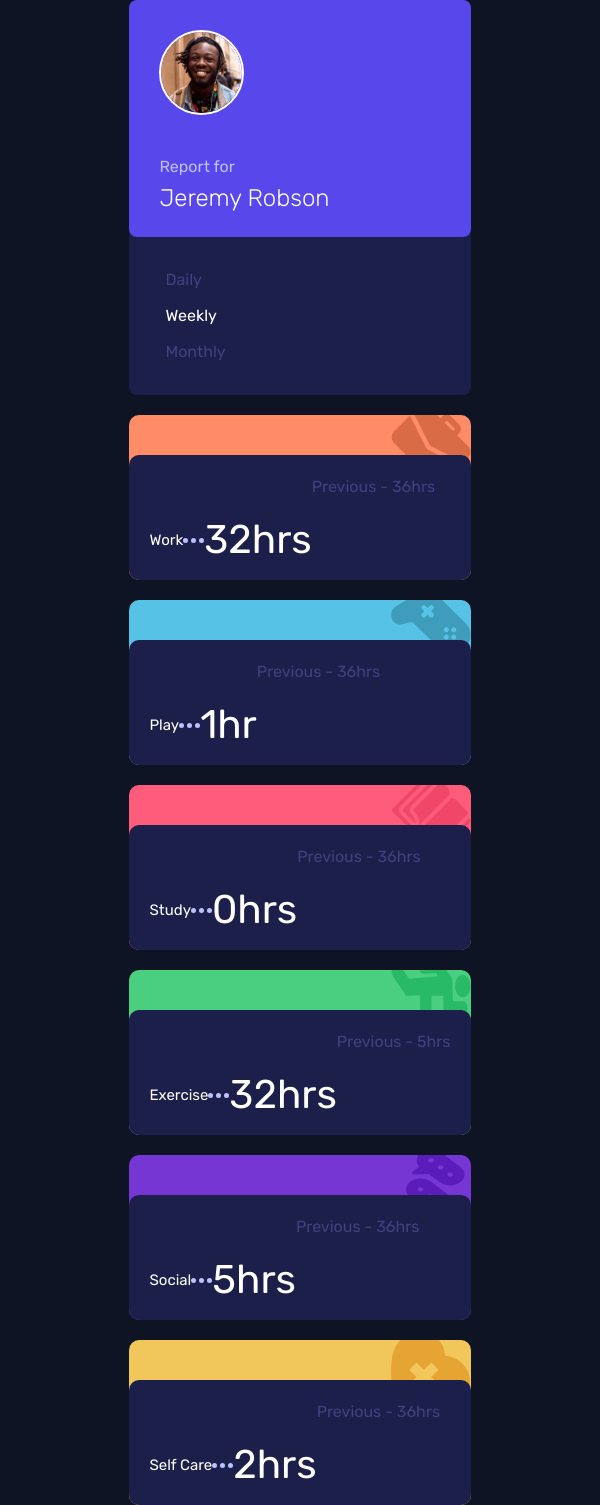
Repository: Akashiii1/WebTimeTracking_Day6
Page: index.html
An editor plug-in stored every save of this project. The page is shown before and after the next save, followed by the edit.
The browser window is 600 px wide. The pictures show the whole page.

Above is the page before, as saved 2021-12-27 00:40:38.

### index.html
<!DOCTYPE html>
<html lang="en">
  <head>
    <meta charset="UTF-8" />
    <meta name="viewport" content="width=device-width, initial-scale=1.0" />
    <!-- displays site properly based on user's device -->

    <link
      rel="icon"
      type="image/png"
      sizes="32x32"
      href="./images/favicon-32x32.png"
    />

    <title>Frontend Mentor | Time tracking dashboard</title>

    <!-- Feel free to remove these styles or customise in your own stylesheet 👍 -->
    <link rel="stylesheet" href="style.css" />
    <style>
      .attribution {
        font-size: 11px;
        text-align: center;
      }

      .attribution a {
        color: hsl(228, 45%, 44%);
      }
    </style>
  </head>

  <body>
    <div class="container">
      <div class="first">
        <div class="user">
          <div class="user-img">
            <img src="images/image-jeremy.png" alt="" />
          </div>
          <div class="user-content">
            <p class="user-info">Report for</p>
            <h2 class="user-name">Jeremy Robson</h2>
          </div>
        </div>
        <div class="options">
          <button class="user-btn">Daily</button>
          <button class="user-btn active">Weekly</button>
          <button class="user-btn">Monthly</button>

        </div>
      </div>
      <div class="work">
        <div class="content">
          <div class="heading">
            <h3 class="title">Work</h3>
            <img src="images/icon-ellipsis.svg" alt="">
          </div>
          <h3 class="time">32hrs</h3>
          <div class="desc">Previous - 36hrs </div>
        </div>
      </div>
      <div class="play">
        <div class="content">
          <div class="heading">
            <h3 class="title">Play</h3>
            <img src="images/icon-ellipsis.svg" alt="">
          </div>
          <h3 class="time">1hr</h3>
          <div class="desc">Previous - 36hrs </div>
        </div>
      </div>
      <div class="exercise">
        <div class="content">
          <div class="heading">
            <h3 class="title"> Exercise</h3>
            <img src="images/icon-ellipsis.svg" alt="">
          </div>
          <h3 class="time">32hrs</h3>
          <div class="desc"> Previous - 5hrs </div>
        </div>
      </div>
      <div class="social">
        <div class="content">
          <div class="heading">
            <h3 class="title">Social</h3>
            <img src="images/icon-ellipsis.svg" alt="">
          </div>
          <h3 class="time">5hrs </h3>
          <div class="desc">Previous - 36hrs </div>
        </div>
      </div>
      <div class="self">
        <div class="content">
          <div class="heading">
            <h3 class="title">Self Care</h3>
            <img src="images/icon-ellipsis.svg" alt="">
          </div>
          <h3 class="time"> 2hrs</h3>
          <div class="desc">Previous - 36hrs </div>
        </div>
      </div>
      <div class="study">
        <div class="content">
          <div class="heading">
            <h3 class="title">Study</h3>
            <img src="images/icon-ellipsis.svg" alt="">
          </div>
          <h3 class="time">0hrs</h3>
          <div class="desc">Previous - 36hrs </div>
        </div>
      </div>


    </div>

    <!-- <div class="attribution">
      Challenge by
      <a href="https://www.frontendmentor.io?ref=challenge" target="_blank"
        >Frontend Mentor</a
      >. Coded by <a href="#">Your Name Here</a>.
    </div> -->
    <script src="app.js"></script>
  </body>
</html>

### style.css
@import url('https://fonts.googleapis.com/css2?family=Rubik:wght@300;400;500&display=swap');
:root{
  --Blue: hsl(246, 80%, 60%);

 --Lightreda: hsl(15, 100%, 70%);/*(work)*/
 --Softblue : hsl(195, 74%, 62%);/*(play)*/
 --Lightred : hsl(348, 100%, 68%);/*(study)*/
 --Limegreen : hsl(145, 58%, 55%);/*(exercise)*/
 --Violet: hsl(264, 64%, 52%);/*(social)*/
 --Softorange : hsl(43, 84%, 65%);/*(self care)*/

  --Verydarkblue: hsl(226, 43%, 10%);
  --Darkblue: hsl(235, 46%, 20%);
  --Desaturatedblue: hsl(235, 45%, 61%);
  --PaleBlue: hsl(236, 100%, 87%);
}
*,
*::before,
*::after {
  box-sizing: border-box;
}
body,
h1,
h2,
h3,
h4,
h5,
h6,
p,
figure,
picture {
  margin: 0;
}
body {
  min-height: 100vh;
  line-height: 1.5;
}
input,
button,
select,
textarea {
  font: inherit;
}
img,
picture {
  display: block;
  max-width: 100%;
}
body{
  font-family: 'Rubik', sans-serif;
  background: var(--Verydarkblue);
  min-height: 100vh;
  display: flex;
  justify-content: center;
  align-items: center;
}
.container{
  max-width: 1120px;
  display: grid;
  min-height: 500px;
  grid-template-columns: repeat(4,1fr);
  /* grid-template-rows: repeat(2,1fr); */
  grid-gap:30px ;
  grid-template-areas: "user work play study"
                        "user exe social self";
}
.work{
  grid-area: work;
}
.play{
  grid-area: play;
}
.study{
  grid-area: study;
}
.exercise{
  grid-area: exe;
}
.social{
  grid-area: social;
}
.self{
  grid-area: self;
}
.first{
  background-color: var(--Darkblue);
  border-radius: 8px;
  display: flex;
  flex-direction: column;
  grid-area: user;
}
.user{
  background: var(--Blue);
  border-radius: 8px;
  padding: 30px;
  flex: 1;
}
.user-img{
  width: 85px;
  height: 85px;
  margin-bottom: 40px;
}
.user-img img{
  border-radius: 50%;
  border: 2px solid #fff;
  object-fit: cover;
}
.user-content{

}
.user-info{
  color: var(--PaleBlue);
  margin-bottom: 10px;
}
.user-name{
  color: #fff;
  font-weight: 300;
  line-height: 18px;
}
button{
  cursor: pointer;
}
.options{
  display: flex;
  flex-direction: column;
  justify-content: space-around;
  gap: 10px 0;
  align-items: flex-start;
  padding: 30px;
}
.user-btn{
  border: 0;
  outline: none;
  background-color: transparent;
  color:hsl(238.18,34.37%,37.65%);
}
.user-btn.active{
  color: #fff;
}
.work{
  background: url(images/icon-work.svg) no-repeat top -10px right/ 80px 80px ,var(--Lightreda);

}
.play{
  background: url(images/icon-play.svg) no-repeat top -10px right/ 80px 80px ,var(--Softblue);

}
.study,.work,.play,.exercise,.social,.self{
  padding-top: 40px;
  border-radius: 10px;
  overflow: hidden;
}
.content{
  background-color: var(--Darkblue);
  color: #fff;
  padding: 20px;
  border-radius: 10px;

}
.study{
  background: url(images/icon-study.svg) no-repeat top -10px right/ 80px 80px ,var(--Lightred);
}
.exercise{
  background: url(images/icon-exercise.svg) no-repeat top -10px right/ 80px 80px ,var(--Limegreen);
}
.social{
  background: url(images/icon-social.svg) no-repeat top -10px right/ 80px 80px ,var(--Violet);
}
.self{
  background: url(images/icon-self-care.svg) no-repeat top -10px right/ 80px 80px ,var(--Softorange);
}
.heading{
  display: flex;
  justify-content: space-between;
  align-items: center;
}
.heading h3{
  font-size: 15px;
  font-weight: 400;
}
.time{
  padding: 35px 0;
  font-size: 40px;
  font-weight: 400;
}
.desc{
  color: hsl(238.18,34.37%,37.65%);;
}
@media (max-width:750px){
  .container{
    grid-template-columns:1fr;

    /* grid-template-rows: repeat(2,1fr); */
    grid-gap:20px 0 ;
    grid-template-areas: "user"
                          "work"
                          "play"
                           "study"
                          "exe"
                           "social"
                            "self";
  }
  .study,.work,.play,.exercise,.social,.self{
    height: 165px;
  }
  .content{
    display: flex;
    flex-wrap: wrap;
  }
}
/* remove animation for people who've turned them off */
@media (prefers-reduced-motion: reduce) {
  *,
  *::before,
  *::after {
    animation-duration: 0.01ms !important;
    animation-iteration-count: 1 !important;
    transition-duration: 0.01ms !important;
    scroll-behavior: auto !important;
  }
}

Loaded but not shown: app.js (no stored copy; drawn as an empty file)

After the next save:
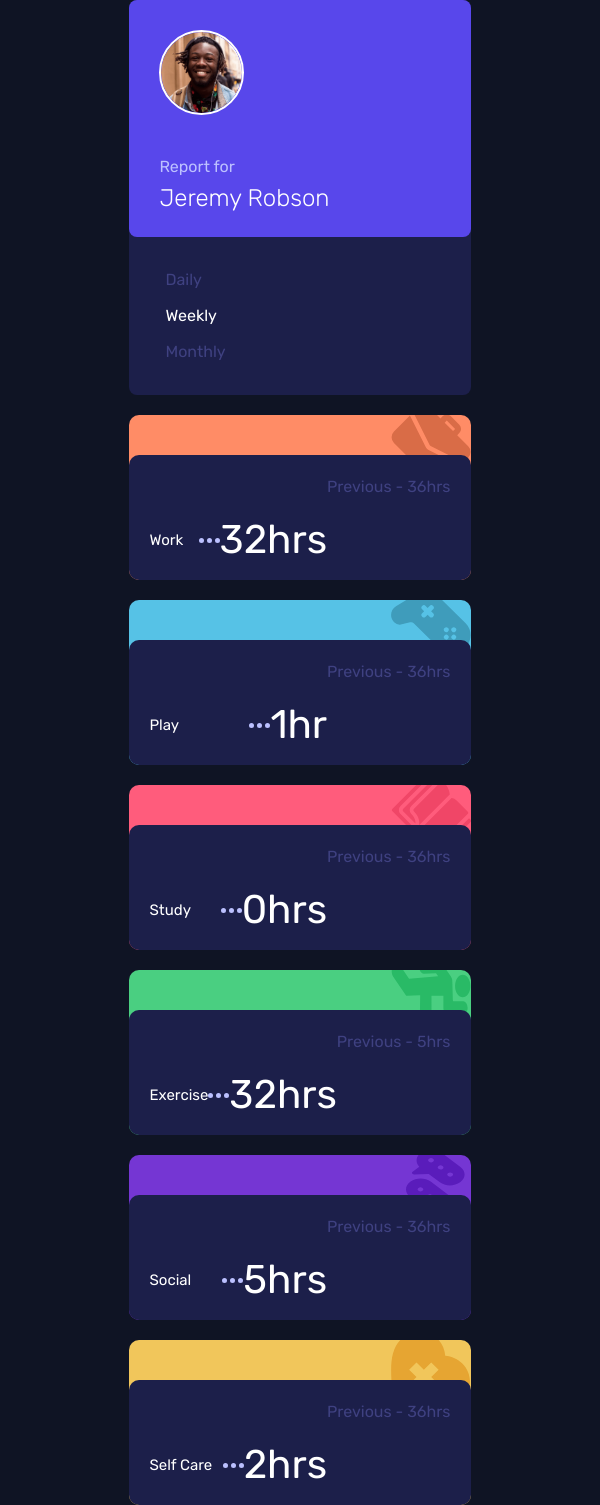
Saved 20 s later.
--- a/style.css
+++ b/style.css
@@ -203,6 +203,9 @@ button{
   .study,.work,.play,.exercise,.social,.self{
     height: 165px;
   }
+  .heading{
+    flex: 1;
+  }
   .content{
     display: flex;
     flex-wrap: wrap;
